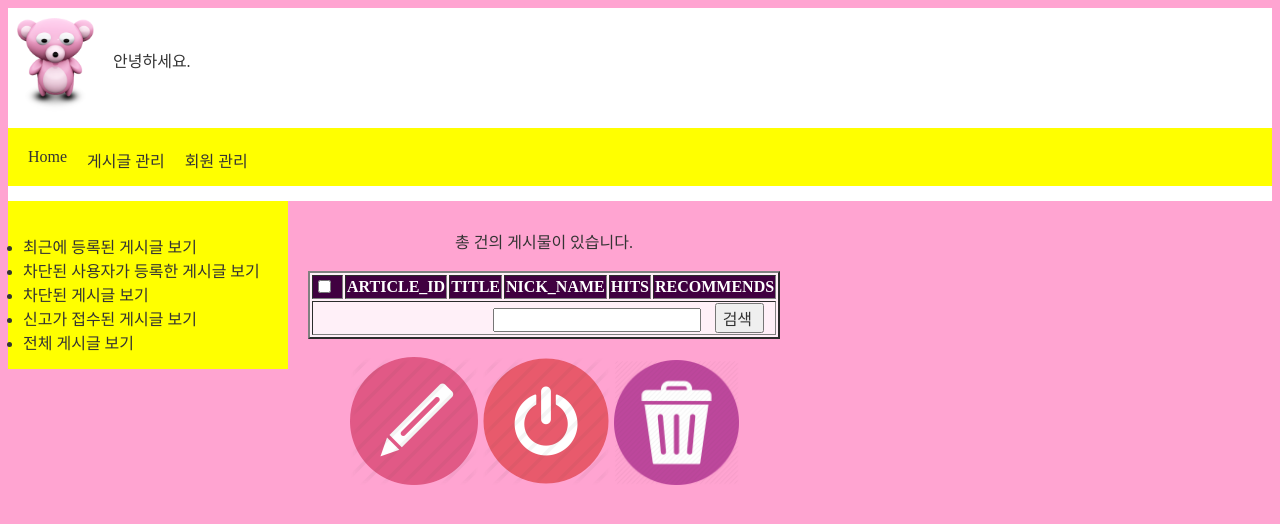
Repository: BaekJiGyeong/JSP_web
Page: http://localhost/Article-admin/WEB-INF/view/article/list.jsp
An editor plug-in stored every save of this project. The page is shown before and after the next save, followed by the edit.
The browser window is 1280 px wide. The pictures show the whole page.
The page is served by Tomcat 9. Nobody is signed in. Other server files are loaded and not shown. The template is opened directly, without the code that normally fills it, so the values that code supplies are empty.

Above is the page before, as saved 2016-03-16 01:29:49.

### Article-admin/WebContent/WEB-INF/view/article/list.jsp
<%@ page language="java" contentType="text/html; charset=UTF-8"
    pageEncoding="UTF-8"%>

<%@taglib prefix="c" uri="http://java.sun.com/jsp/jstl/core" %>
<jsp:include page="/WEB-INF/view/common/header.jsp"></jsp:include>
<jsp:include page="/WEB-INF/view/article/leftMenu.jsp"></jsp:include>

<script type="text/javascript">
	$(document).ready(function(){

		$("#searchBtn").click(function(){
			if( $("#searchKeyword").val()=="" ) {
				alert("검색어를 입력하세요!");
				return;
			}
			movePage('0');
		});

		$("#massiveSelectCheckBox").click(function(){
			 var isChecked = $(this).prop("checked");
			 $(".deleteArticleId").prop("checked",isChecked);
		});


		$("#massiveDeleteBtn").click(function(){
			var isChecked = false;

			$(".deleteArticleId").each(function(index,data){

				if (data.checked ) {
					isChecked = data.checked
				}
			});

			 if (!isChecked){
			alert("삭제할 대상을 선택하세요");
			return;
		}
			if(confirm("정말 삭제하시겠습니까?")){
				var form=$("#massiveDeleteForm");
				form.attr("method", "POST");
				form.attr("action", "<c:url value="/massiveDelete"/>");
				form.submit();
			}
		});
	});
</script>

<body>
<div id="listcss" align="center">
	<br/>
	 총 ${articles.paging.totalArticleCount} 건의 게시물이 있습니다.
	<br/><br/>

	<table border="2" >
		<tr>
			<th><input type="checkbox" id="massiveSelectCheckBox"/></th>
			<th>ARTICLE_ID</th>
			<th>TITLE</th>
			<th>NICK_NAME</th>
			<th>HITS</th>
			<th>RECOMMENDS</th>
		</tr>

	<form id="massiveDeleteForm">
	<c:forEach items="${ articles.articleList }" var="articles">
		<tr>
			<td>
				<input type="checkbox" class="deleteArticleId"
						name = "deleteArticleId"
						value ="${articles.articleId }"/>
			</td>
			<td>${ articles.articleId }</td>
			<td>
				<a href="<c:url value="/detail?articleId=${articles.articleId }"/>">
					${ articles.title }
				</a>
				<c:if test="${articles.fileCount gt 0 }">
					[${articles.fileCount}개의 첨부파일 있음]
				</c:if>
			</td>
			<td>${ articles.nickName }</td>
			<td>${ articles.hits }</td>
			<td>${ articles.recommends }</td>
	</tr>
	</c:forEach>
	</form>

	<tr>
		<td colspan="6" text-align="center">
			<form id="searchForm">
			<div style="text-align:center;">
			${articles.paging.getPagingList("pageNo","[@]","[이전]", "[다음]", "searchForm")}
			</div>
			<div style="text-align:right;">
				<input type="text" id="searchKeyword" name="searchKeyword" value="${searchVO.searchKeyword}"/>
				<input type="button" id="searchBtn" value="검색 "/>
			</div>
			</form>
		</td>
	</tr>
	</table>
	<br/>


	<a href="<c:url value="/write"/>"><img src="<c:url value="/resource/img/write.png"/>" id="btnWrite" /></a>
	<a href="<c:url value="/logout"/>"><img src="<c:url value="/resource/img/exit.png"/>" id="btnExit" /></a>
	<img src="<c:url value="/resource/img/trashcan.png"/>" id="massiveDeleteBtn" width=125px height=125px; />


	</br>
</div>
</body>

### Article-admin/WebContent/WEB-INF/view/common/header.jsp
<%@ page language="java" contentType="text/html; charset=UTF-8"
    pageEncoding="UTF-8"%>
<%@ taglib prefix="c" uri="http://java.sun.com/jsp/jstl/core" %>
<!DOCTYPE html>
<html>
<head>
<meta http-equiv="Content-Type" content="text/html; charset=UTF-8">
<link rel="stylesheet" type="text/css" href="<c:url value="/resource/css/header.css"/>"/>
<link rel="stylesheet" type="text/css" href="<c:url value="/resource/css/login.css"/>"/>
<script type="text/javascript" src="<c:url value="/resource/js/jquery-1.12.1.js"/>"></script>


<title>관리자페이지</title>
</head>
<body>

	<div id="wrapper">

		<div id="header">


			<a href="<c:url value="/list"/>"><img src="<c:url value= "/resource/img/icon.png"/>"></a> <div>안녕하세요.</div>

		</div>
		<div class="clear"></div>
		<jsp:include page="/WEB-INF/view/common/topMenu.jsp"></jsp:include>
		<div class="clear"></div>

### Article-admin/WebContent/WEB-INF/view/common/topMenu.jsp
<%@ page language="java" contentType="text/html; charset=UTF-8"
    pageEncoding="UTF-8"%>

<%@ taglib prefix="c" uri="http://java.sun.com/jsp/jstl/core"%>

<script type="text/javascript">

$(document).ready(function(){

	$("#manageMember").click(function(){
		location.href = "<c:url value="/memberManage"/>";
	});

});
</script>

<div id="topNavi">
	<ul id="topMenu">
		<li>Home</li>
		<li>게시글 관리</li>
		<li id="manageMember">회원 관리</li>
	</ul>
</div>

### Article-admin/WebContent/WEB-INF/view/article/leftMenu.jsp
<%@ page language="java" contentType="text/html; charset=UTF-8"
    pageEncoding="UTF-8"%>
<div id="leftMenu">
	<ul>
		<li>최근에 등록된 게시글 보기</li>
		<li>차단된 사용자가 등록한 게시글 보기</li>
		<li>차단된 게시글 보기</li>
		<li>신고가 접수된 게시글 보기</li>
		<li>전체 게시글 보기</li>
	</ul>
</div>

### Article-admin/WebContent/resource/css/header.css
@CHARSET "UTF-8";

body, input, div, span, p, a, td, th, caption, lable, h1, h2, h3, h4, h5, h6, textarea, iframe, ul, al, li, dd, dt, b, u, i, strong, pre, code, address, city, header, aside{
	color:#333333;
	font-family: "나눔바른고딕", "나눔고딕", "돋움체";
	font-size: 12pt;

}

table {
	background-color: #fff0f8;

}


img {
	/* 이미지 주변의 파란 줄 제거 */
	border: none;
}


body {
	background-color: #ffa4d1;
}

input {
	margin-right: 10px;
}
th {
	background-color: #400040;
	color:#ffffff;
}

div#wrapper {
	width: 100%;
	background-color: #FFFFFF;
}

div#header img {
	width: 95px;
	height: 95px;
	float: left;
	margin-top :10px;
	margin-right: 10px;
}

div#header div {
	padding-top: 40px;
	float: left;
}

div#listcss {
	float:left;
	background-color: #ffa4d1;
	padding : 10px;
}
div#reply{
	width: 50%;
}
ul#topMenu li{
	margin-left:20px;
	float:left;
	cursor: pointer;
}
ul#topMenu li:FIRST-CHILD{
	margin-left:0px;

}

div#topNavi ul#topMenu{
	list-style:none;
	display: inline;
	margin-left: 30px;
}
div#topNavi{
	padding-left: 20px;
	padding-top: 20px;
	padding-bottom: 20px;
	margin-top: 15px;
	margin-bottom: 15px;
	background-color: #ffff00;
}
div#leftMenu{
	float:left;
	width: 250px;
	height: 100%;
	padding: 15px;
	margin-right: 10px;
	background-color: #ffff00;


}
div#leftMenu ul{
	list-syle : none;
	display: inline;
}
div#leftMenu ul ui{
	padding-top:5px;
	padding-bottom:5px;
}
div#leftMenu ul ui:FIRST-CHILD{
	padding-top:0px;
}
div.clear{
	clear: both;
}

### Article-admin/WebContent/resource/css/login.css
@CHARSET "UTF-8";


#btnLogin{
	height:40px;
	float:right;
	margin-right:10px;
}
#btnJoin{
	height:40px;
	float:right;
	margin-right:10px;

}


div#login {
	text-align:right;
}


div#login input{
	margin-bottom:10px;
	float:right;
}

Loaded but not shown: Article-admin/WebContent/resource/js/jquery-1.12.1.js (library)

After the next save:
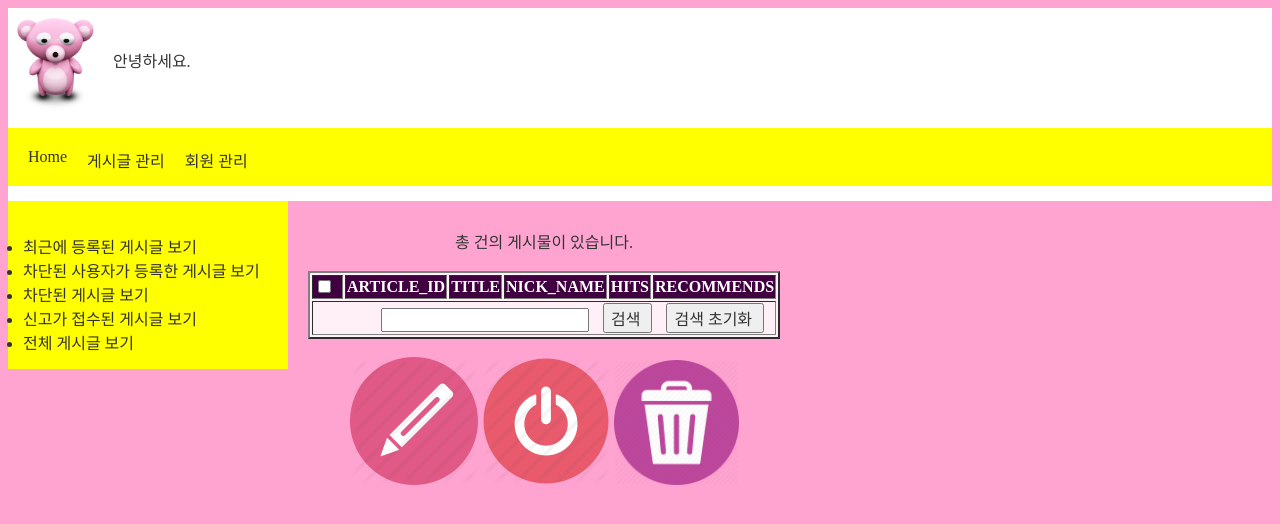
Saved 4 min 37 s later.
--- a/Article-admin/WebContent/WEB-INF/view/article/list.jsp
+++ b/Article-admin/WebContent/WEB-INF/view/article/list.jsp
@@ -95,8 +95,10 @@
 			<div style="text-align:right;">
 				<input type="text" id="searchKeyword" name="searchKeyword" value="${searchVO.searchKeyword}"/>
 				<input type="button" id="searchBtn" value="검색 "/>
+				<input type="button" id="searchBtn" value="검색 초기화 "/>
 			</div>
 			</form>
+
 		</td>
 	</tr>
 	</table>
